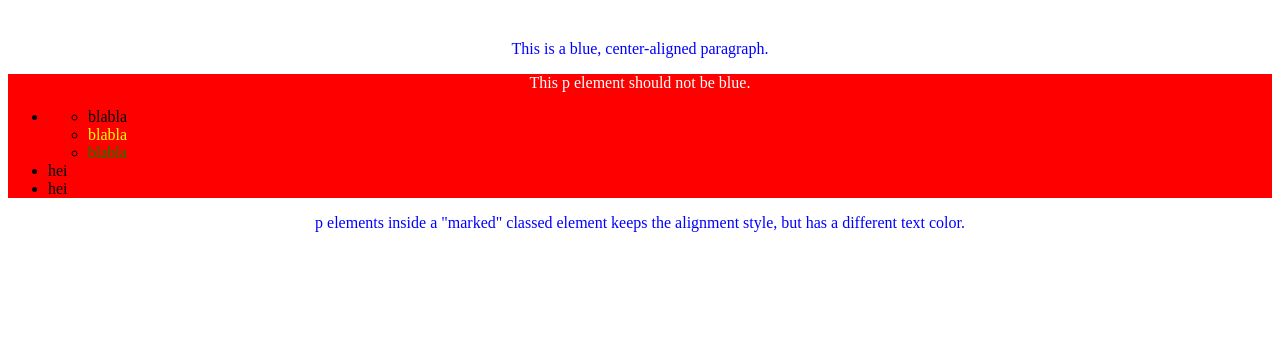
Repository: mesan/css-kurs
Page: kode/wroom/html-snippets/noNO.html
These files come from the project's save history. The page is drawn as it stood at one moment and after the next save; the edit follows.
The browser window is 1280 px wide. The pictures show the whole page.

Above is the page before, as saved 2013-01-16 11:35:05.

After the next save:
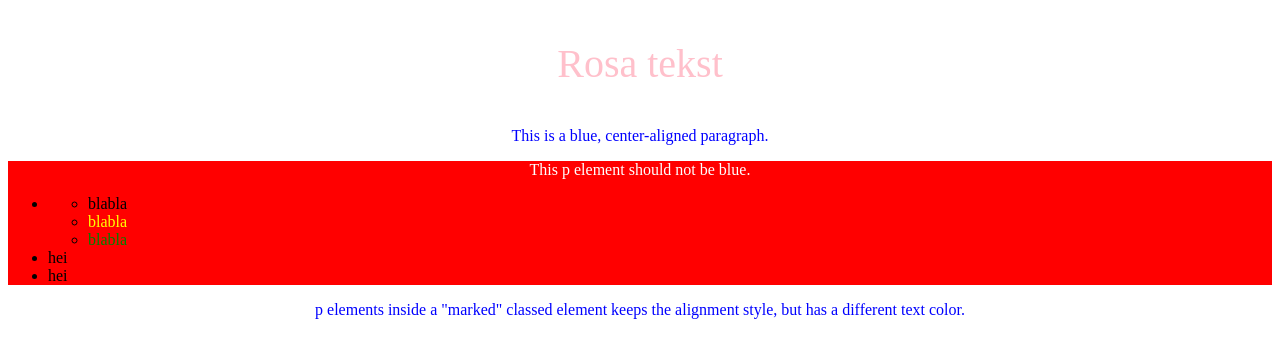
Saved 16 s later.
--- a/kode/wroom/html-snippets/noNO.html
+++ b/kode/wroom/html-snippets/noNO.html
@@ -26,7 +26,7 @@
 	</head>
 
 	<body>
-		<p style="color: pink; font-size: 40px;"></p>
+		<p style="color: pink; font-size: 40px;">Rosa tekst</p>
 		<p>
 			This is a blue, center-aligned paragraph.
 		</p>
